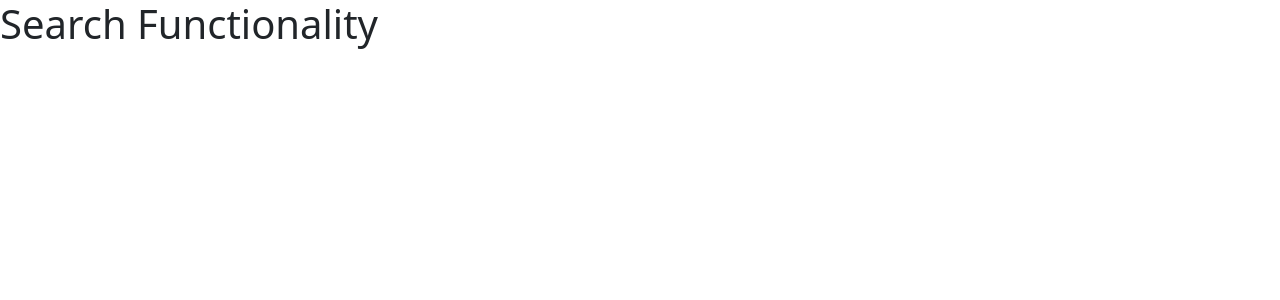
Repository: gorakhyadav006/01_MiniProject_ReportGenration
Page: http://localhost/01_REPORT_APP/search.jsp
These files come from the project's save history. The page is drawn as it stood at one moment and after the next save; the edit follows.
The browser window is 1280 px wide. The pictures show the whole page.
The page is served by Tomcat 9.

Above is the page before, as saved 2025-02-27 00:12:38.

After the next save:
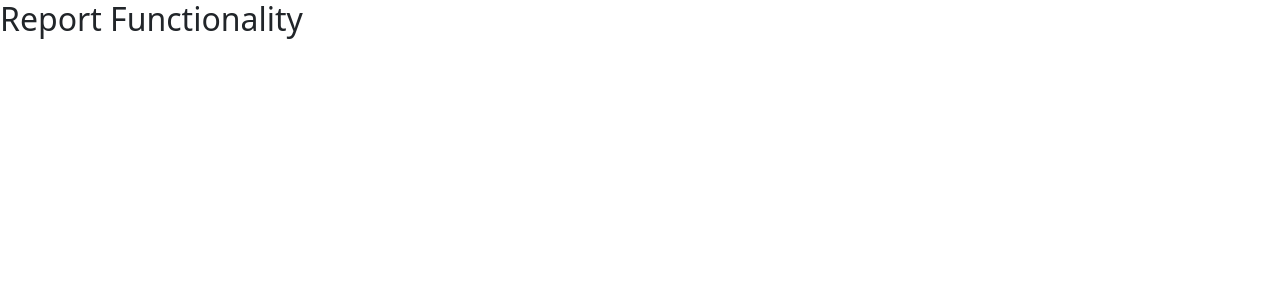
Saved 47 s later.
--- a/01_REPORT_APP/src/main/webapp/search.jsp
+++ b/01_REPORT_APP/src/main/webapp/search.jsp
@@ -13,7 +13,7 @@
 </head>
 <body>
 
-<h1>Search Functionality </h1>
+<h2>Report Functionality </h2>
 
     <script src="https://cdn.jsdelivr.net/npm/bootstrap@5.3.3/dist/js/bootstrap.bundle.min.js" integrity="sha384-YvpcrYf0tY3lHB60NNkmXc5s9fDVZLESaAA55NDzOxhy9GkcIdslK1eN7N6jIeHz" crossorigin="anonymous"></script>
 
